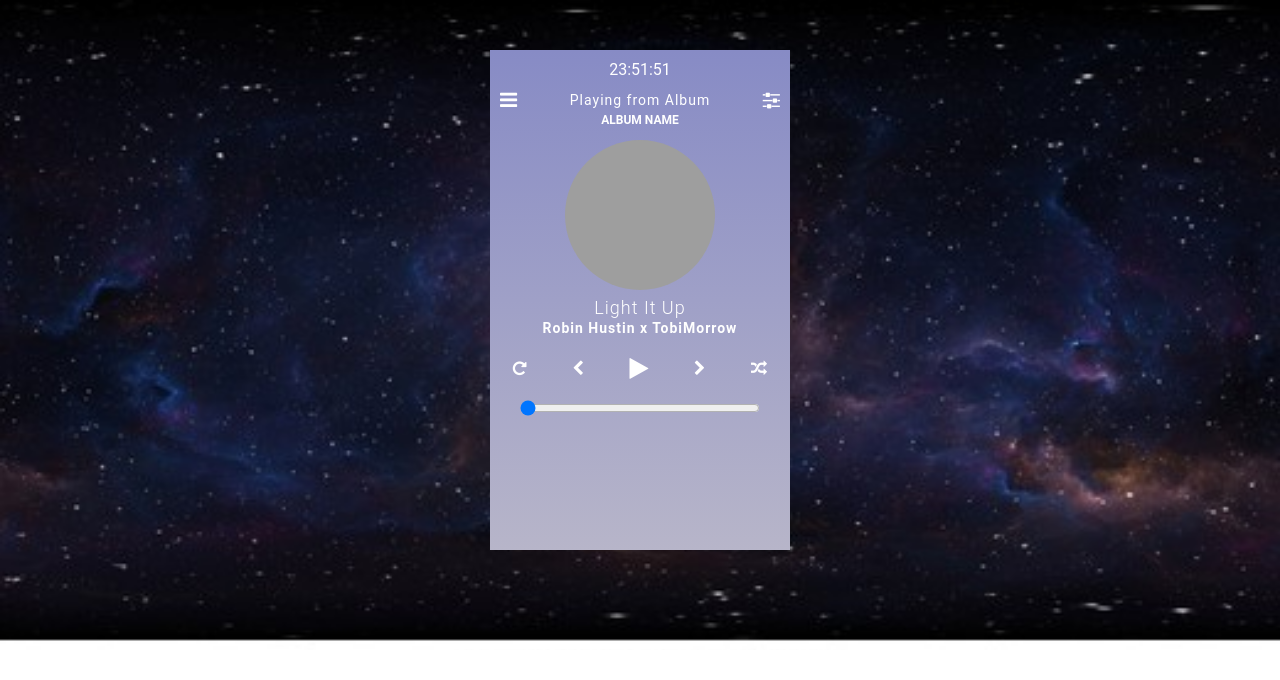
Repository: Kiendz3202/Kiendz3202.github.io
Page: musicPlayerMyself/page2/index.html
These files come from the project's save history. The page is drawn as it stood at one moment and after the next save; the edit follows.
The browser window is 1280 px wide. The pictures show the whole page.
Pictures or frames that could not be fetched are drawn as grey boxes.

Above is the page before, as saved 2022-01-14 00:08:16.

After the next save:
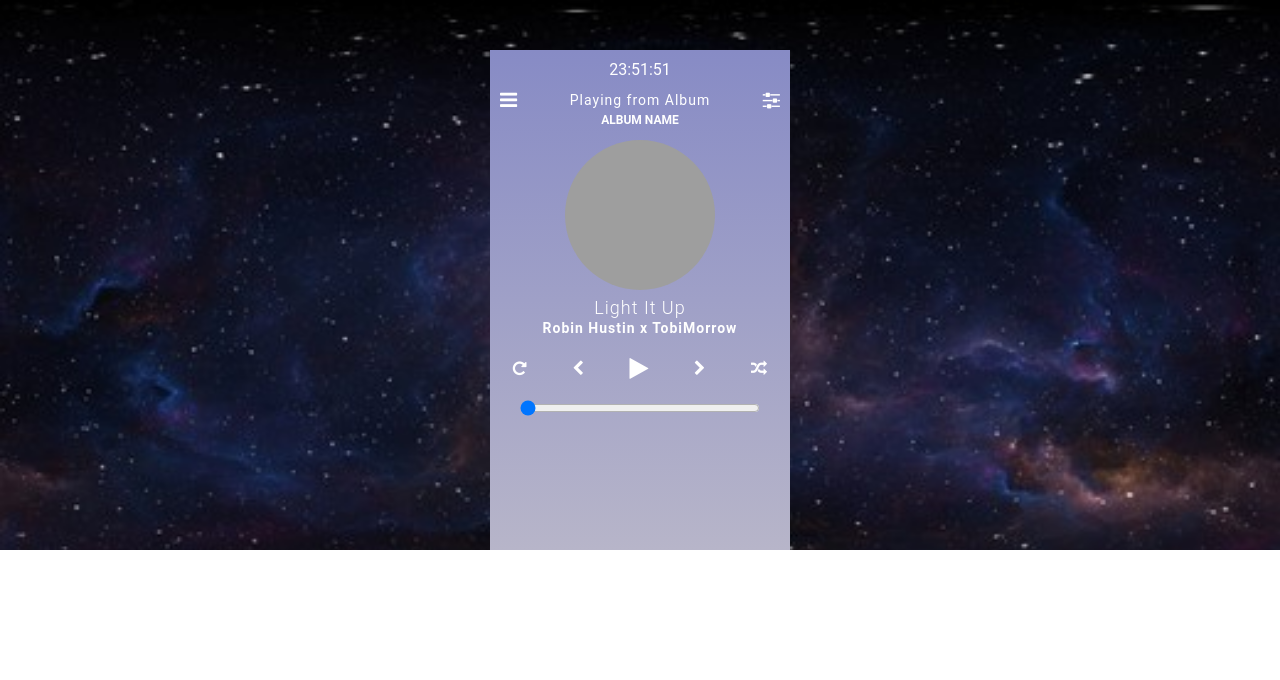
Saved 108 s later.
--- a/musicPlayerMyself/page2/css/main.css
+++ b/musicPlayerMyself/page2/css/main.css
@@ -21,7 +21,7 @@
     display: flex;
     justify-content: center;
     padding-top: 50px;
-    height: 650px;
+    height:100%;
     background-image: url(./img/background-body-img.jpg);
     background-repeat: no-repeat;
     background-size:cover;

After the save that followed:
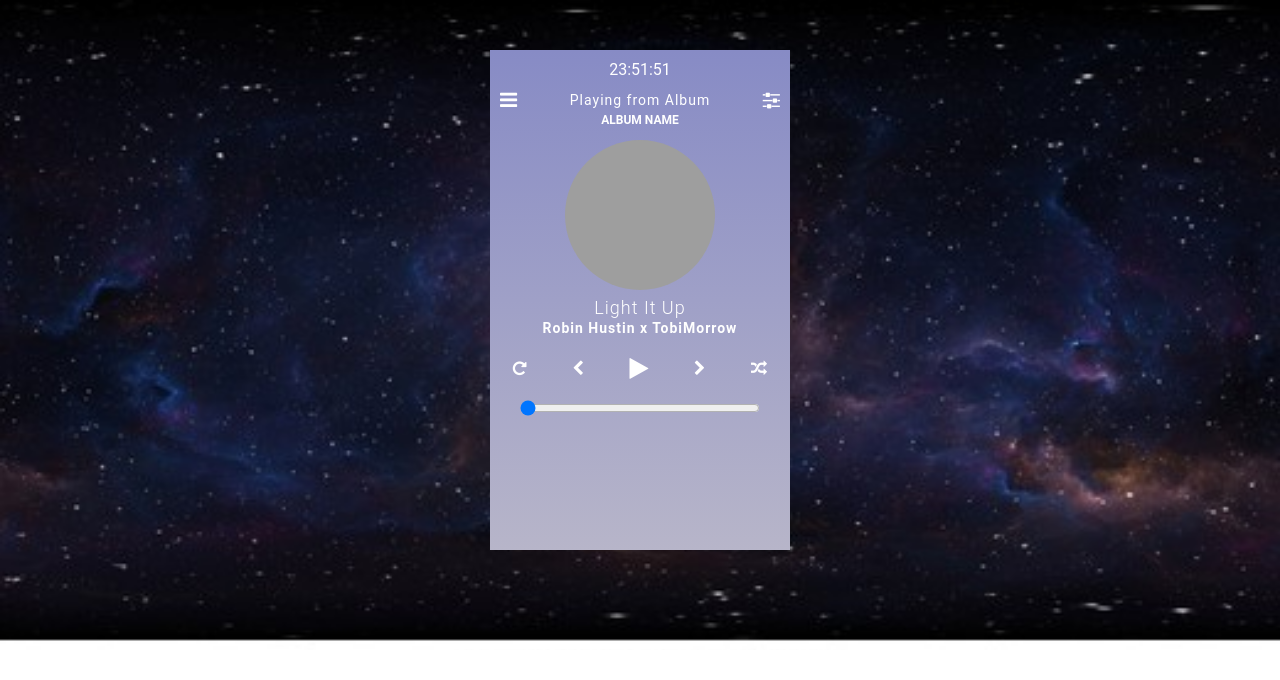
Saved 17 s later.
--- a/musicPlayerMyself/page2/css/main.css
+++ b/musicPlayerMyself/page2/css/main.css
@@ -21,7 +21,7 @@
     display: flex;
     justify-content: center;
     padding-top: 50px;
-    height:100%;
+    height: 650px;
     background-image: url(./img/background-body-img.jpg);
     background-repeat: no-repeat;
     background-size:cover;
